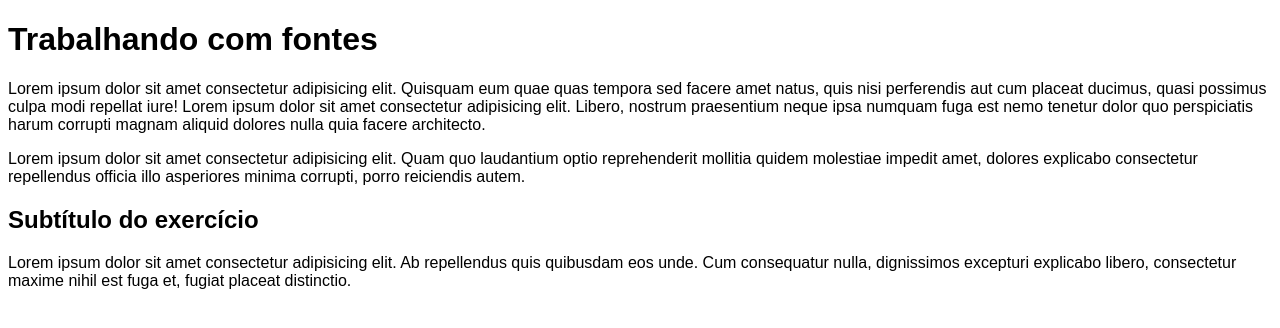
Repository: pheonix5/Estudo
Page: html-css/exercicios/ex017/fonte01.html
An editor plug-in stored every save of this project. The page is shown before and after the next save, followed by the edit.
The browser window is 1280 px wide. The pictures show the whole page.

Above is the page before, as saved 2023-08-12 01:02:50.

After the next save:
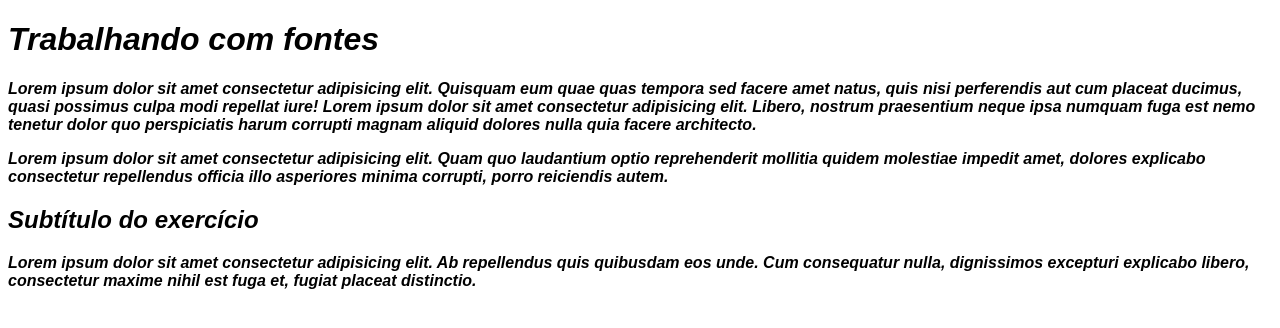
Saved 3 min 43 s later.
--- a/html-css/exercicios/ex017/fonte01.html
+++ b/html-css/exercicios/ex017/fonte01.html
@@ -17,7 +17,8 @@
         16px geralmente = 1em
       */
       font-size: 1em;
-      font-weight: normal;
+      font-weight: bold;
+      font-style: italic;
       /* lighter normal bold bolder */
     }
   </style>
